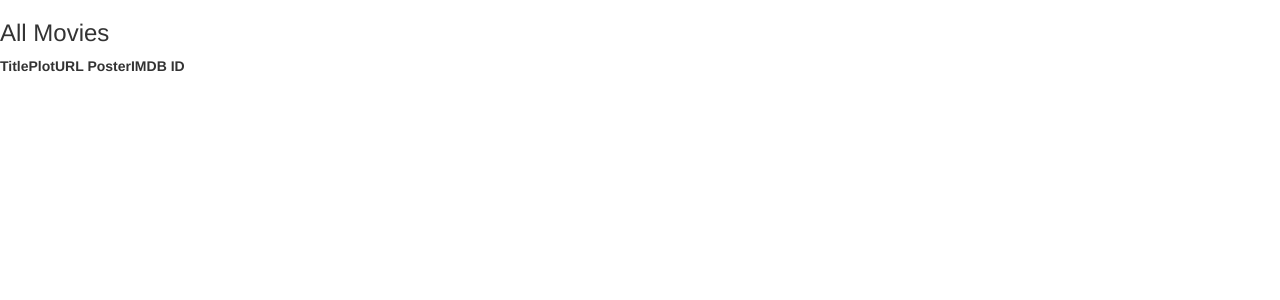
Repository: gitsana/JoseAnnunziato
Page: MyRestfulService/WebContent/addmovie.html
The author's editor kept a copy of each file at every save. The page is drawn from the files as they stood at one save, then again after the next save.
The browser window is 1280 px wide. The pictures show the whole page.

Above is the page before, as saved 2015-10-02 01:02:33.

### MyRestfulService/WebContent/addmovie.html
<!DOCTYPE html>
<html>
<head>
<meta charset="UTF-8">
<title>All Movies</title>
<link rel="stylesheet" href="https://maxcdn.bootstrapcdn.com/bootstrap/3.3.5/css/bootstrap.min.css">
</head>
<body>
<script src="jquery/jquery-1.11.3.js"></script>

<h3>All Movies</h3>
<table>
	<tr>
		<th>Title</th>
		<th>Plot</th>
		<th>URL Poster</th>
		<th>IMDB ID</th>
	</tr>
</table>
</body>
</html>

Loaded but not shown: MyRestfulService/WebContent/jquery/jquery-1.11.3.js (library)

After the next save:
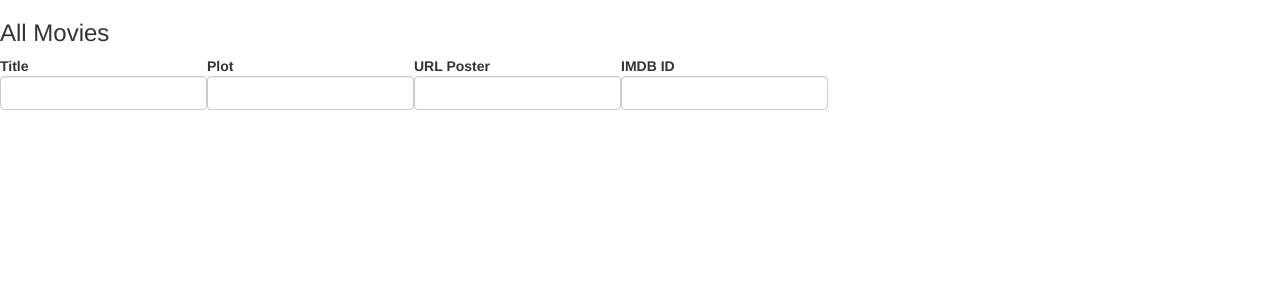
Saved 90 s later.
--- a/MyRestfulService/WebContent/addmovie.html
+++ b/MyRestfulService/WebContent/addmovie.html
@@ -16,6 +16,12 @@
 		<th>URL Poster</th>
 		<th>IMDB ID</th>
 	</tr>
+	<tr>
+		<td><input class="form-control" name="newtitle"></td>
+		<td><input class="form-control" name="newplot"></td>
+		<td><input class="form-control" name="newurlposter"></td>
+		<td><input class="form-control" name="newimdbid"></td>
+	</tr>
 </table>
 </body>
 </html>
